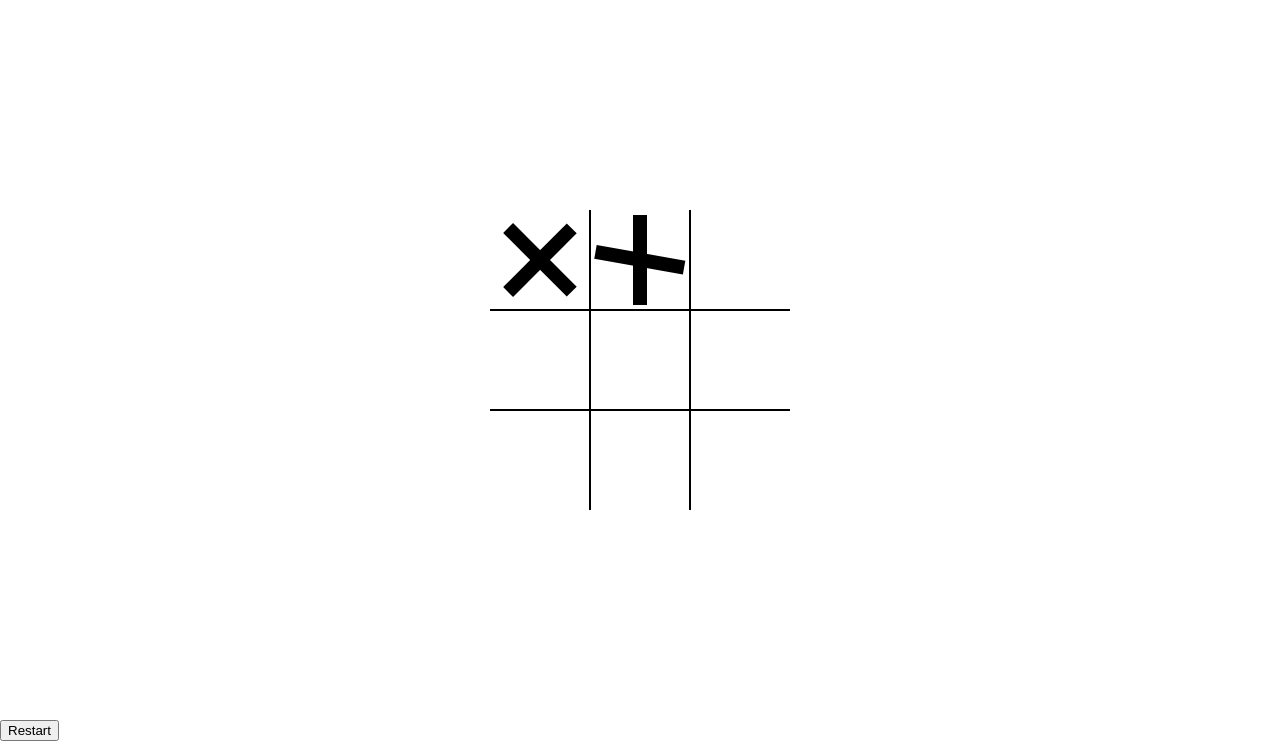
Repository: divya2/tic-toc-toe
Page: index.html
An editor plug-in stored every save of this project. The page is shown before and after the next save, followed by the edit.
The browser window is 1280 px wide. The pictures show the whole page.

Above is the page before, as saved 2020-10-29 21:18:20.
Not found: script.js

### index.html
<!DOCTYPE html>
<html lang="en">
<head>
    <meta charset="UTF-8">
    <meta name="viewport" content="width=device-width, initial-scale=1.0">
    <link rel="stylesheet" href="styles.css">
    <script src="script.js" defer></script>
    <title>Document</title>
</head>
<body>
    <div class="board" id="board">
        <div class="cell x" data-cell></div>
        <div class="cell circle" data-cell></div>
        <div class="cell" data-cell></div>
        <div class="cell" data-cell></div>
        <div class="cell" data-cell></div>
        <div class="cell" data-cell></div>
        <div class="cell" data-cell></div>
        <div class="cell" data-cell></div>
        <div class="cell" data-cell></div>
    </div>

    <div class="winning-message">
        <button id="restartButton">Restart</button>
    </div>
</body>
</html>

### styles.css
*, *::after, *::before {
    box-sizing: border-box;
}

:root {
    --cell-size: 100px;
    --mark-size: calc(var(--cell-size)* .9);
}
body {
    margin: 0;
}

.board {
    width: 100w;
    height: 100vh;
    display: grid;
    justify-content: center;
    align-content: center;
    justify-content: center;
    align-items: center;
    grid-template-columns: repeat(3,auto);
}

.cell {
    width: var(--cell-size);
    height: var(--cell-size);
    border: 1px solid black;
    display: flex;
    justify-content: center;
    align-items: center;
    position: relative;
}

.cell:first-child,
.cell:nth-child(2),
.cell:nth-child(3){
    border-top: none;
}

.cell:nth-child(3n+1){
    border-left: none;
}

.cell:nth-child(3n+3){
    border-right: none;
}

.cell:last-child,
.cell:nth-child(8),
.cell:nth-child(7){
    border-bottom: none;
}

.cell.x::before,
.cell.x::after{
    content:'';
    position: absolute;
    width: calc(var(--mark-size)*.15);
    height: var(--mark-size);
    background-color: black;
}

.cell.x::after{
    transform: rotate(-45deg);
}

.cell.x::before{
    transform: rotate(45deg);
}

.cell.circle::before,
.cell.circle::after{
    content: '';
    position: absolute;
    width: calc(var(--mark-size)*.15);
    height: var(--mark-size);
    background-color: black;
}
.cell.circle::after{
    transform: rotate(0deg);
}

.cell.circle::after{
    transform: rotate(-80deg);
}

After the next save:
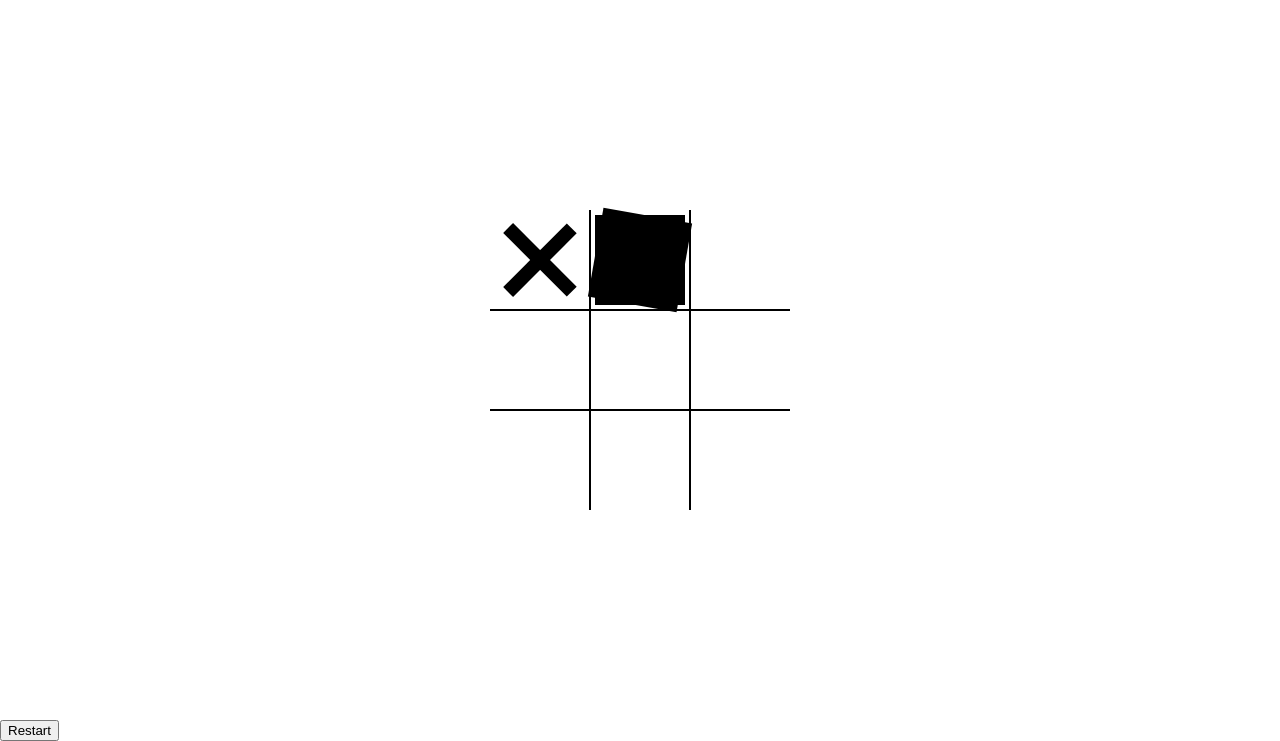
Saved 12 min 45 s later.
--- a/styles.css
+++ b/styles.css
@@ -72,7 +72,7 @@ body {
 .cell.circle::after{
     content: '';
     position: absolute;
-    width: calc(var(--mark-size)*.15);
+    width: var(--mark-size);
     height: var(--mark-size);
     background-color: black;
 }
